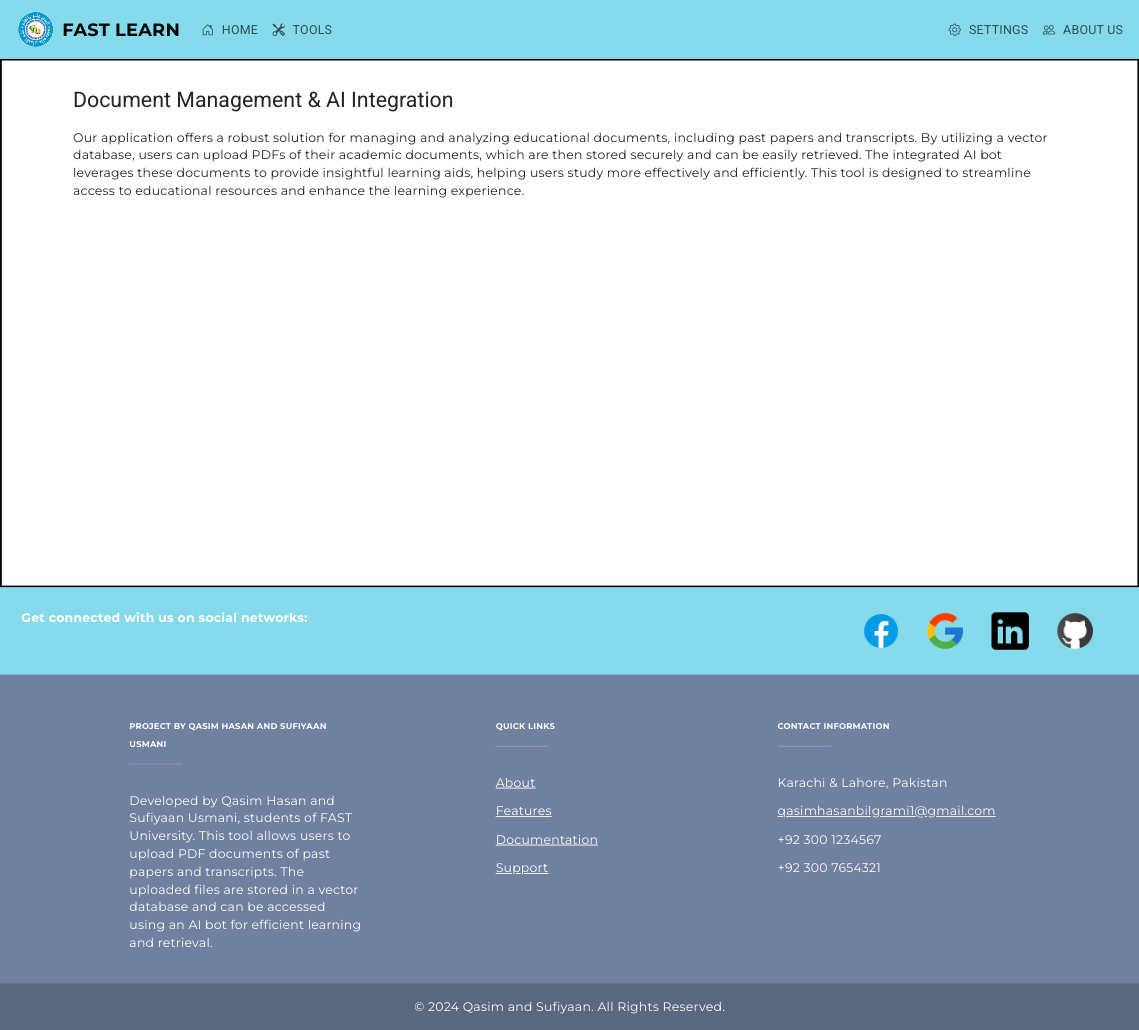
Repository: fastlearn-e0c9858e10ed/Frontend
Page: / (app in fastlearn/)
These files come from the project's save history. The page is drawn as it stood at one moment and after the next save; the edit follows.
The browser window is 1280 px wide. The pictures show the whole page, at 89% of full size.
The project was rebuilt for these pictures with package versions that can differ from the ones it lists, and the page was loaded fresh each time. Also part of the build but not shown: fastlearn/angular.json, fastlearn/src/app/components/drawer-page/drawer-page.component.ts.

Above is the page before, as saved 2024-08-19 10:54:07.

After the next save:
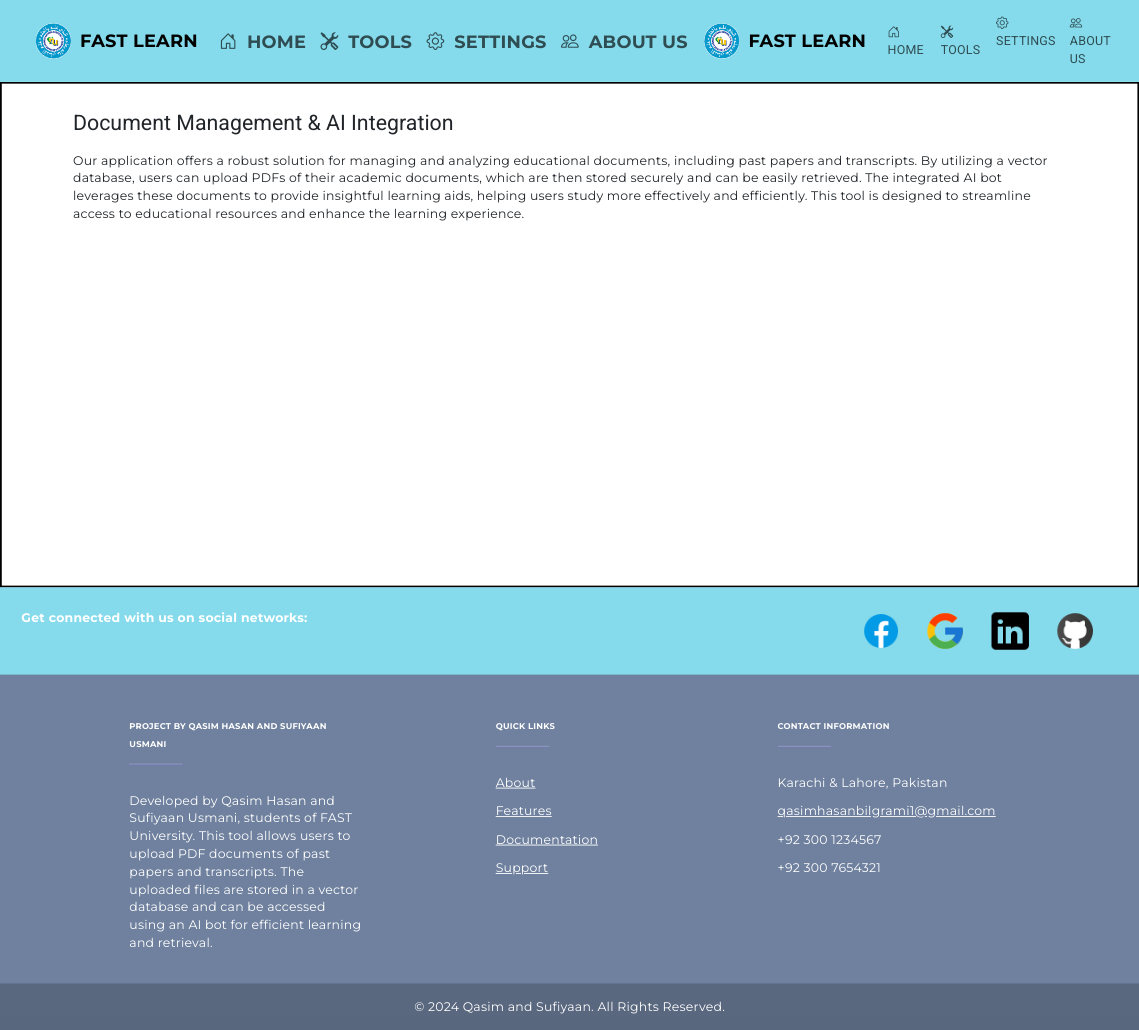
Saved 39 s later.
--- a/fastlearn/src/app/components/header-page/header-page.component.html
+++ b/fastlearn/src/app/components/header-page/header-page.component.html
@@ -1,4 +1,7 @@
 <nav class="navbar navbar-expand-lg navbar-light" style="background-color: #85dbeb;">
+  <a class="navbar-brand ml-2 d-flex align-items-center" routerLink="/">
+    <!-- Drawer Icon -->
+    <nav class="navbar navbar-expand-lg navbar-light" style="background-color: #85dbeb;">
   <a class="navbar-brand ml-2 d-flex align-items-center" routerLink="/">
     <!-- Drawer Icon -->
 
@@ -47,3 +50,49 @@
     </div>
   </div>
 </nav>
+
+    <!-- Fast Learn Icon and Text -->
+    <img src="../../../assets/header_icons/fast.png" alt="Custom Icon" class="navbar-icon mr-2">
+    FAST LEARN
+  </a>
+
+  <!-- Toggler for mobile view -->
+  <button class="navbar-toggler" type="button" data-bs-toggle="collapse" data-bs-target="#navbarNav" aria-controls="navbarNav" aria-expanded="false" aria-label="Toggle navigation">
+    <span class="navbar-toggler-icon"></span>
+  </button>
+
+  <!-- Navbar content -->
+  <div class="collapse navbar-collapse" id="navbarNav">
+    <ul class="navbar-nav mr-auto">
+      <li class="nav-item active">
+        <a class="nav-link" routerLink="/homepage">
+          <i class="bi bi-house-door"></i> HOME
+        </a>
+      </li>
+
+      <li class="nav-item" [matMenuTriggerFor]="toolsMenu">
+        <a class="nav-link" routerLink="#">
+          <i class="bi bi-tools"></i> TOOLS
+        </a>
+        <mat-menu #toolsMenu="matMenu">
+          <button mat-menu-item routerLink="/toolpage/notespage">Notes</button>
+          <button mat-menu-item routerLink="/toolpage/pastpaperpage">Past Paper</button>
+        </mat-menu>
+      </li>
+    </ul>
+    <div class="ml-auto d-flex align-items-center">
+      <ul class="navbar-nav">
+        <li class="nav-item">
+          <a class="nav-link" routerLink="/settingpage">
+            <i class="bi bi-gear"></i> SETTINGS
+          </a>
+        </li>
+        <li class="nav-item">
+          <a class="nav-link" routerLink="/aboutus">
+            <i class="bi bi-people"></i> ABOUT US
+          </a>
+        </li>
+      </ul>
+    </div>
+  </div>
+</nav>

After the save that followed:
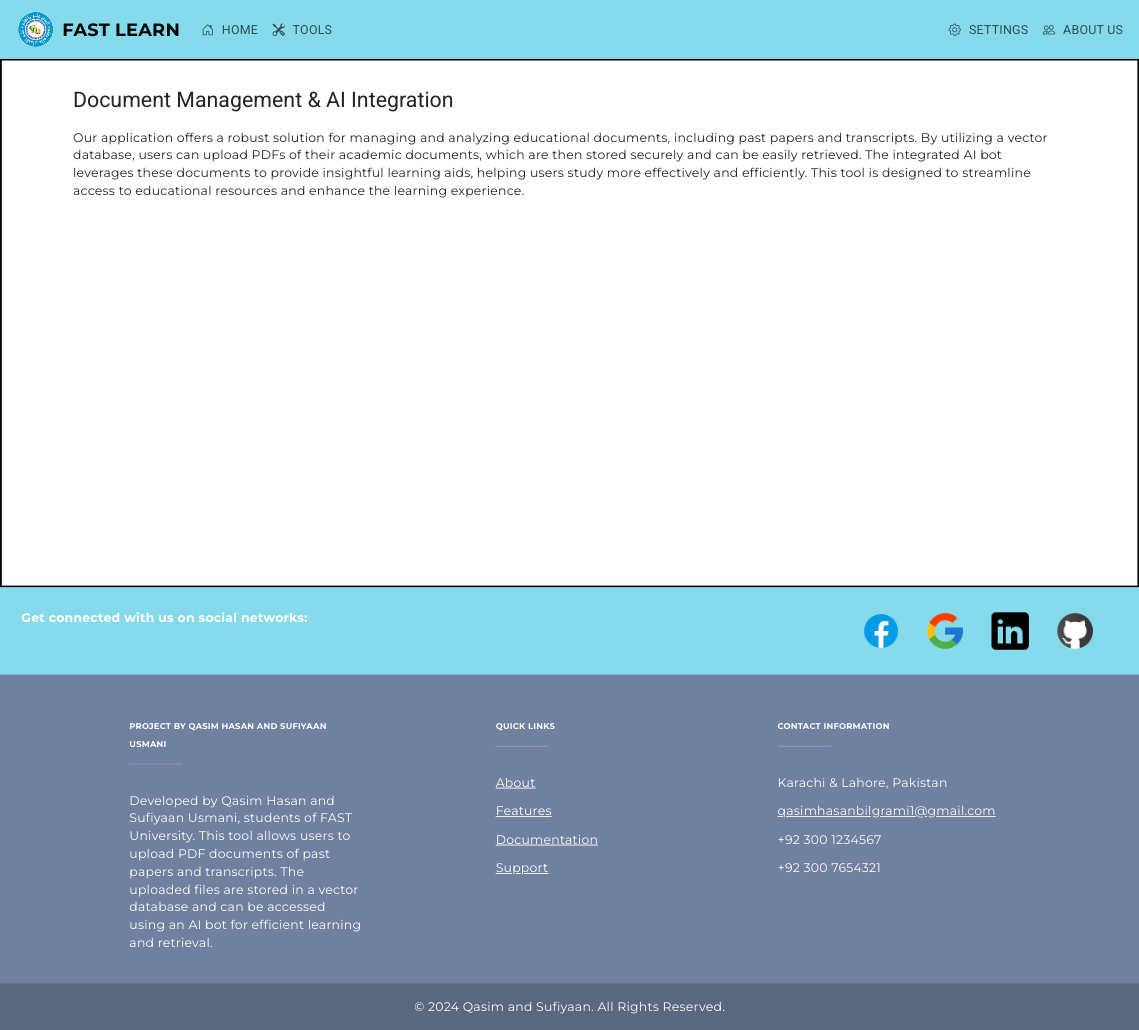
Saved 7 s later.
--- a/fastlearn/src/app/components/header-page/header-page.component.html
+++ b/fastlearn/src/app/components/header-page/header-page.component.html
@@ -1,7 +1,4 @@
 <nav class="navbar navbar-expand-lg navbar-light" style="background-color: #85dbeb;">
-  <a class="navbar-brand ml-2 d-flex align-items-center" routerLink="/">
-    <!-- Drawer Icon -->
-    <nav class="navbar navbar-expand-lg navbar-light" style="background-color: #85dbeb;">
   <a class="navbar-brand ml-2 d-flex align-items-center" routerLink="/">
     <!-- Drawer Icon -->
 
@@ -50,49 +47,3 @@
     </div>
   </div>
 </nav>
-
-    <!-- Fast Learn Icon and Text -->
-    <img src="../../../assets/header_icons/fast.png" alt="Custom Icon" class="navbar-icon mr-2">
-    FAST LEARN
-  </a>
-
-  <!-- Toggler for mobile view -->
-  <button class="navbar-toggler" type="button" data-bs-toggle="collapse" data-bs-target="#navbarNav" aria-controls="navbarNav" aria-expanded="false" aria-label="Toggle navigation">
-    <span class="navbar-toggler-icon"></span>
-  </button>
-
-  <!-- Navbar content -->
-  <div class="collapse navbar-collapse" id="navbarNav">
-    <ul class="navbar-nav mr-auto">
-      <li class="nav-item active">
-        <a class="nav-link" routerLink="/homepage">
-          <i class="bi bi-house-door"></i> HOME
-        </a>
-      </li>
-
-      <li class="nav-item" [matMenuTriggerFor]="toolsMenu">
-        <a class="nav-link" routerLink="#">
-          <i class="bi bi-tools"></i> TOOLS
-        </a>
-        <mat-menu #toolsMenu="matMenu">
-          <button mat-menu-item routerLink="/toolpage/notespage">Notes</button>
-          <button mat-menu-item routerLink="/toolpage/pastpaperpage">Past Paper</button>
-        </mat-menu>
-      </li>
-    </ul>
-    <div class="ml-auto d-flex align-items-center">
-      <ul class="navbar-nav">
-        <li class="nav-item">
-          <a class="nav-link" routerLink="/settingpage">
-            <i class="bi bi-gear"></i> SETTINGS
-          </a>
-        </li>
-        <li class="nav-item">
-          <a class="nav-link" routerLink="/aboutus">
-            <i class="bi bi-people"></i> ABOUT US
-          </a>
-        </li>
-      </ul>
-    </div>
-  </div>
-</nav>
